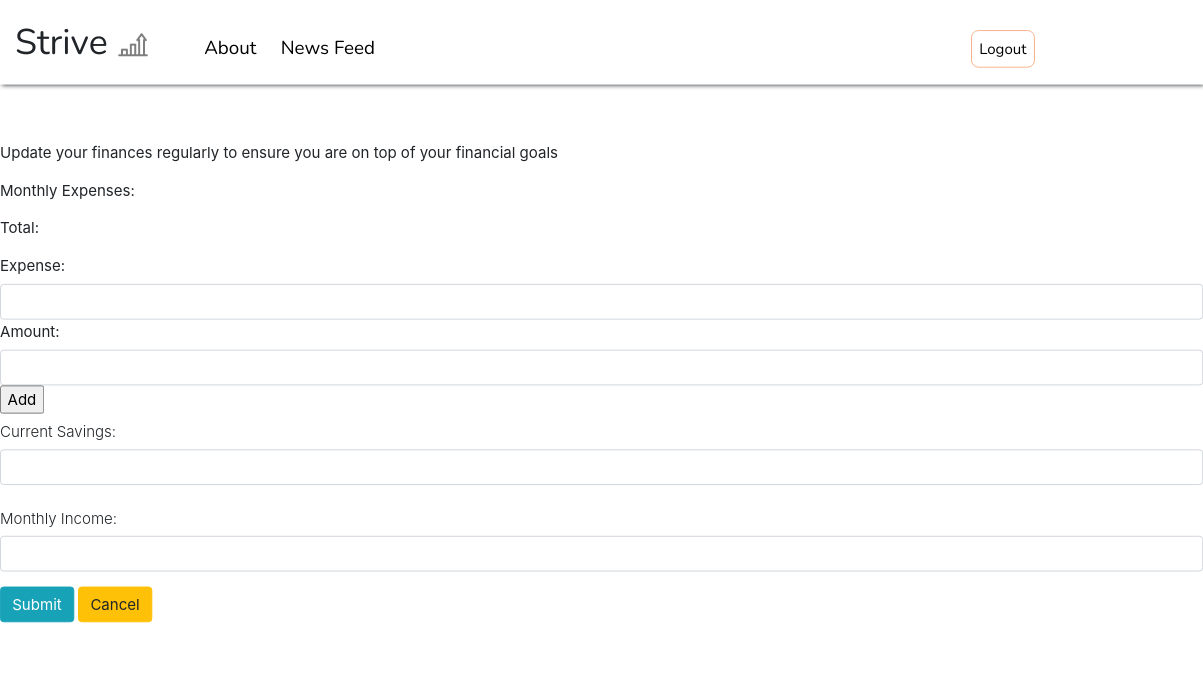
Repository: NoraOK/Strive
Page: http://localhost/strive/WEB-INF/strive/ie.jsp
The author's editor kept a copy of each file at every save. The page is drawn from the files as they stood at one save, then again after the next save.
The browser window is 1280 px wide. The pictures show the whole page, at 94% of full size.
The page is served by Tomcat 9. Nobody is signed in. Other server files are loaded and not shown. The template is opened directly, without the code that normally fills it, so the values that code supplies are empty.

Above is the page before, as saved 2019-12-20 16:55:16.

### strive/src/main/webapp/WEB-INF/strive/ie.jsp
<%@ page language="java" contentType="text/html; charset=UTF-8"
	pageEncoding="UTF-8"%>
<%@ taglib prefix="form" uri="http://www.springframework.org/tags/form"%>
<%@ taglib prefix="c" uri="http://java.sun.com/jsp/jstl/core"%>

<!DOCTYPE html>

<html>
<head>
<meta charset="UTF-8">
<title>Strive | Personal Finances</title>
	<link rel="stylesheet"
	href="https://stackpath.bootstrapcdn.com/bootstrap/4.3.1/css/bootstrap.min.css"
	integrity="sha384-ggOyR0iXCbMQv3Xipma34MD+dH/1fQ784/j6cY/iJTQUOhcWr7x9JvoRxT2MZw1T"
	crossorigin="anonymous">
	<link href="/css/ie.css" rel="stylesheet" type="text/css" />
	<link href="https://fonts.googleapis.com/css?family=Nunito:200,400,700&display=swap" rel="stylesheet">
</head>
<body>
	<div>
		<jsp:include page="header.jsp"/>
	</div>
	<div class="body">
		<p>Update your finances regularly to ensure you are on top of your financial goals</p>
		<p>Monthly Expenses:</p>
		<c:forEach items="${user.user_expenses}" var="userExpense">
			<p><c:out value="${userExpense.name}"/>  <c:out value="${userExpense.amount}"/>
				<form action="/deleteUserExpense/${userExpense.id}" method="post">
					<input type="hidden" name="_method" value="delete">
					<input type="submit" value="Delete">
				</form>
			</p>
		</c:forEach>
		<p>Total: <c:out value="${user.totalUserExpense}"/></p>
		<form:form action="/addUserExpense" method="post" modelAttribute="userExpense">
			<form:hidden path="user" value="${user.id}"/>
			<form:label path="name">Expense:</form:label>
			<form:input path="name" type="text" class="form-control"/>
			<form:label path="amount">Amount:</form:label>
			<form:input path="amount" type="text" class="form-control"/>
			<input type="submit" value="Add"/>
		</form:form>
		<form action="/strive/updateFinances" method="post">
			<p>
				<label class="lead col-form-label">Current Savings: </label>
				<input name="currentBalance" type="number" class="form-control" />
			</p>
			<p>
				<label class="lead col-form-label">Monthly Income: </label>
				<input name="currentIncome" type="number" class="form-control" />
			</p>
			<input class="btn btn-info" type="submit" value="Submit" />
			<a class="btn btn-warning" href="/home">Cancel</a>
		</form>
	</div>
</body>
</html>

### strive/src/main/resources/static/css/ie.css
.body{
	padding-top: 150px;
}

### strive/src/main/resources/static/css/header.css
header{
	box-shadow: 2px 2px 5px;
	height: 90px;
	z-index: 10;
    position: fixed;
    width: 100%;
    font-family:'Nunito', sans-serif;
    background-color: white;
}

.logo{
	font-size: 38px;

}
.header_img{
	background-color: white;
	width: 35px;
	opacity: .5;
}

.button{
	font-size: 17px;
	color: black;
}

.link {
	font-size: 20px;
	color: black;
}

a:link {
  text-decoration: none;
}

a:visited {
  text-decoration: none;
}

a:hover {
  text-decoration: none;
}

.logout_button{
	border: solid 1.5px #F9AD86;
	border-radius: 8px;
	padding:  8px;
	color: black;
}

.logout_button:hover {
	background-color: #F9AD86;
	color: white;
}

.buttons{
	margin-left: 50%;
}

.home_button{
	color: black;
}

Loaded but not shown: strive/src/main/webapp/WEB-INF/strive/header.jsp (common file)

After the next save:
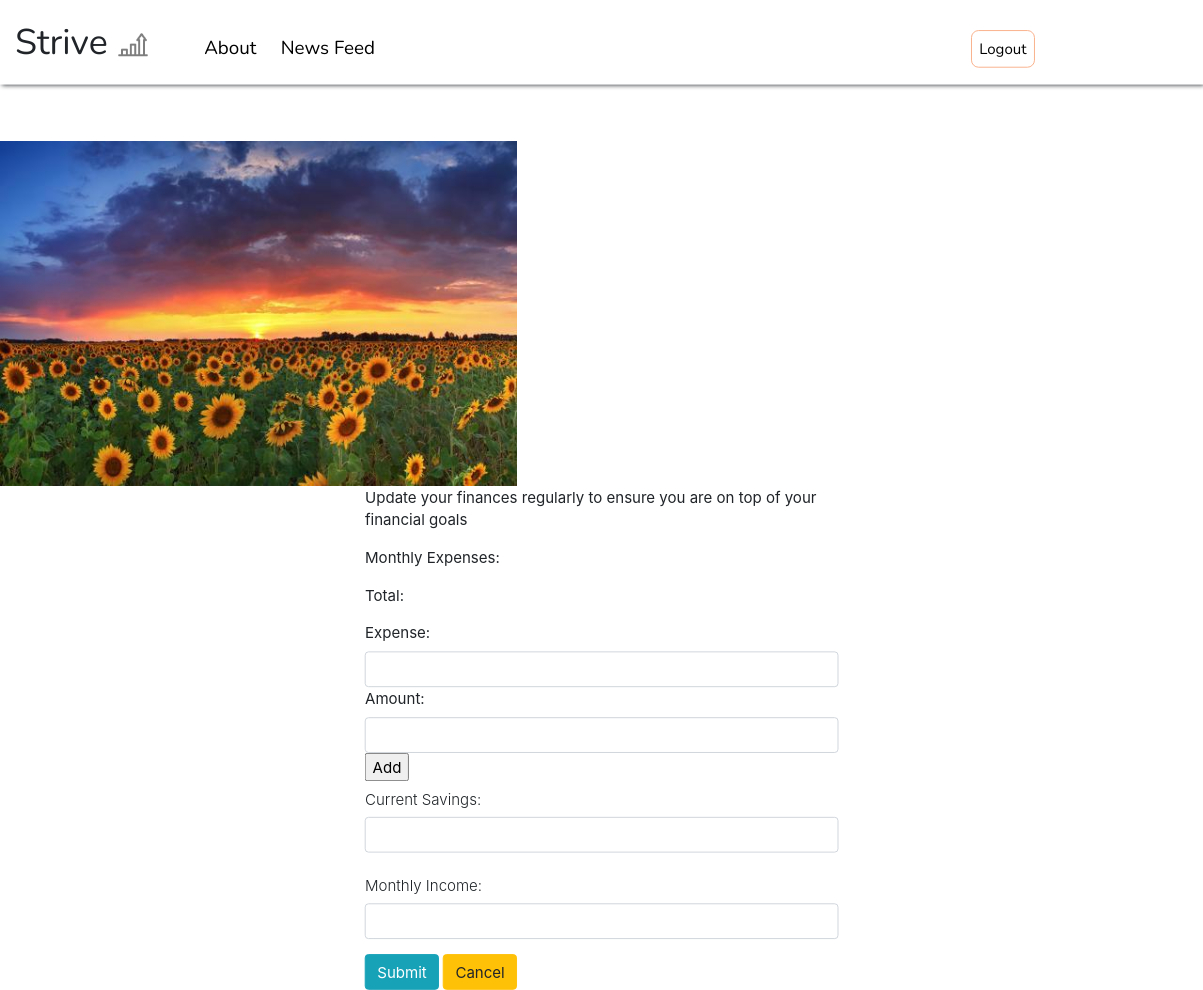
Saved 25 min 47 s later.
--- a/strive/src/main/webapp/WEB-INF/strive/ie.jsp
+++ b/strive/src/main/webapp/WEB-INF/strive/ie.jsp
@@ -21,6 +21,8 @@
 		<jsp:include page="header.jsp"/>
 	</div>
 	<div class="body">
+		<img src="/images/flowers.jpg">
+		<div class="container col-5 spotlight">
 		<p>Update your finances regularly to ensure you are on top of your financial goals</p>
 		<p>Monthly Expenses:</p>
 		<c:forEach items="${user.user_expenses}" var="userExpense">
@@ -52,6 +54,7 @@
 			<input class="btn btn-info" type="submit" value="Submit" />
 			<a class="btn btn-warning" href="/home">Cancel</a>
 		</form>
+		</div>
 	</div>
 </body>
 </html>
